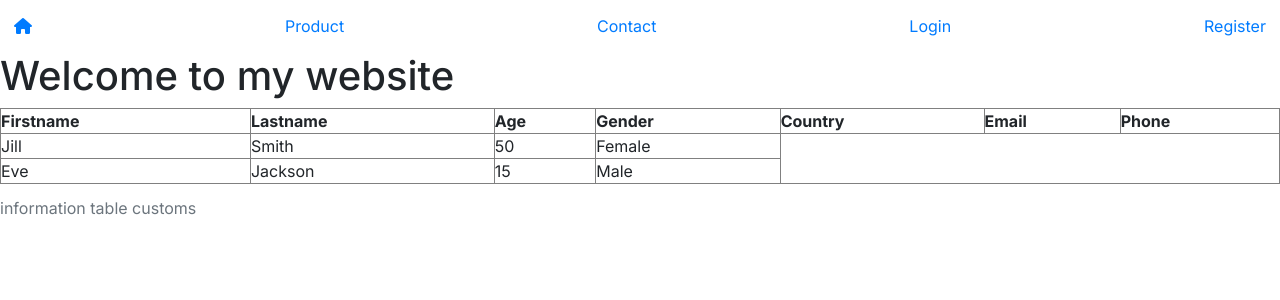
Repository: bao2222/hoc-lam-web
Page: About-me.html
An editor plug-in stored every save of this project. The page is shown before and after the next save, followed by the edit.
The browser window is 1280 px wide. The pictures show the whole page.

Above is the page before, as saved 2025-01-23 20:38:09.

After the next save:
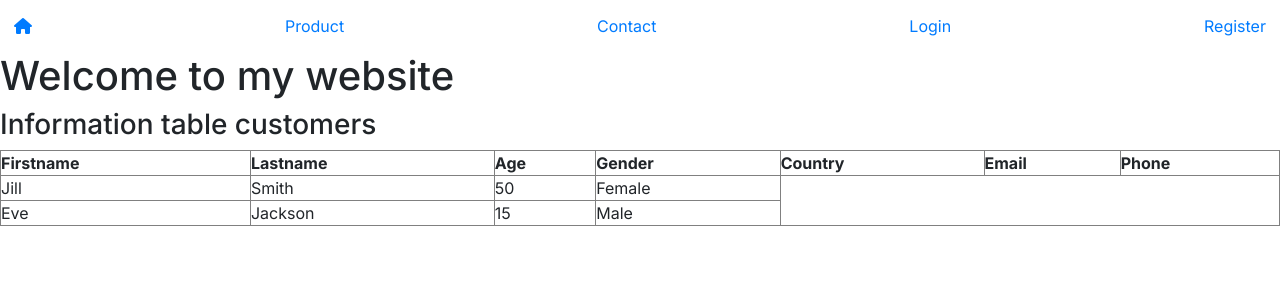
Saved 42 s later.
--- a/About-me.html
+++ b/About-me.html
@@ -42,9 +42,9 @@
 
 
             <h1>Welcome to my website</h1>
+            <h3>Information table customers</h3>
+            <table style="width:100%" border="1">
 
-            <table style="width:100%" border="1">
-                <caption>information table customs</caption>
 
                 <tr>
                     <th>Firstname</th>
